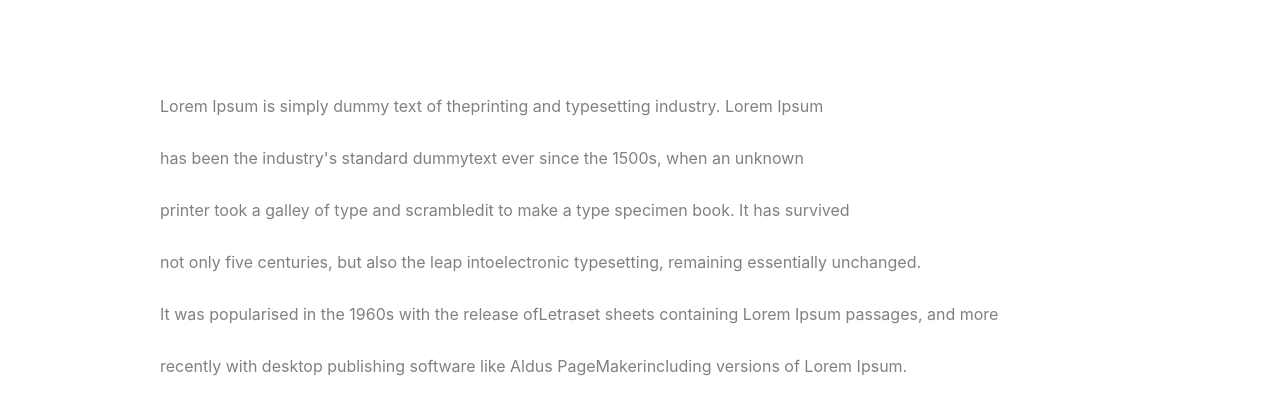
Repository: eg7eg7/Text-Play
Page: /
The author's editor kept a copy of each file at every save. The page is drawn from the files as they stood at one save, then again after the next save.
The browser window is 1280 px wide. The pictures show the whole page.
The project was rebuilt for these pictures with package versions that can differ from the ones it lists, and the page was loaded fresh each time.

Above is the page before, as saved 2021-01-11 23:16:10.

After the next save:
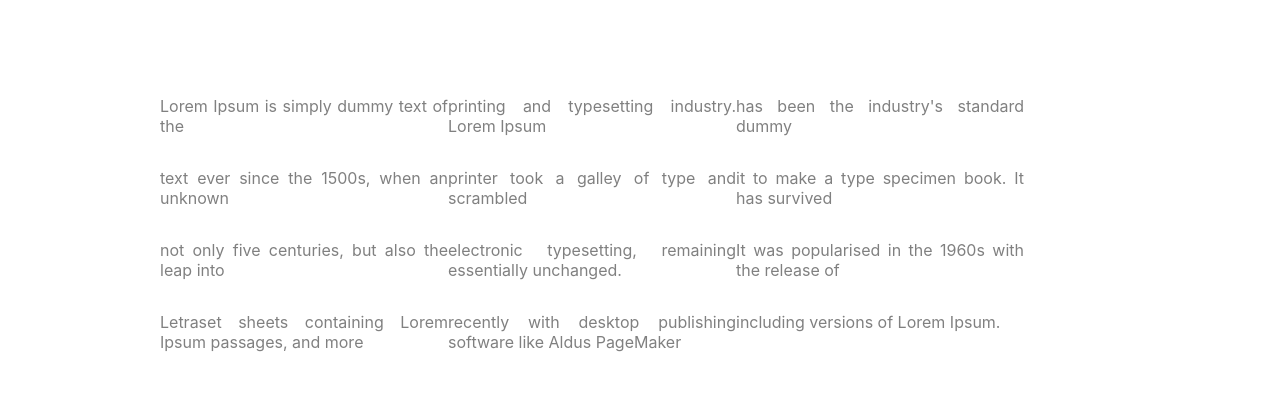
Saved 64 s later.
--- a/src/TextPlay.css
+++ b/src/TextPlay.css
@@ -1,14 +1,15 @@
 
-.hide {
+p.hide {
     color:grey;
 }
-.bold {
+p.bold {
     font-weight: bold;
     color:black;
 }
 
 p {
-    clear: left;
+    width:18em;
+    text-align:justify;
 }
 div.textBlock {
     float: left;
@@ -20,7 +21,7 @@
 } */
 .TextPlay {
     display: block;
-    margin-top: 5em;
+    margin-top: 2em;
     margin-bottom: 5em;
     margin-left: 10em;
     /* display:inline-block; */

After the save that followed:
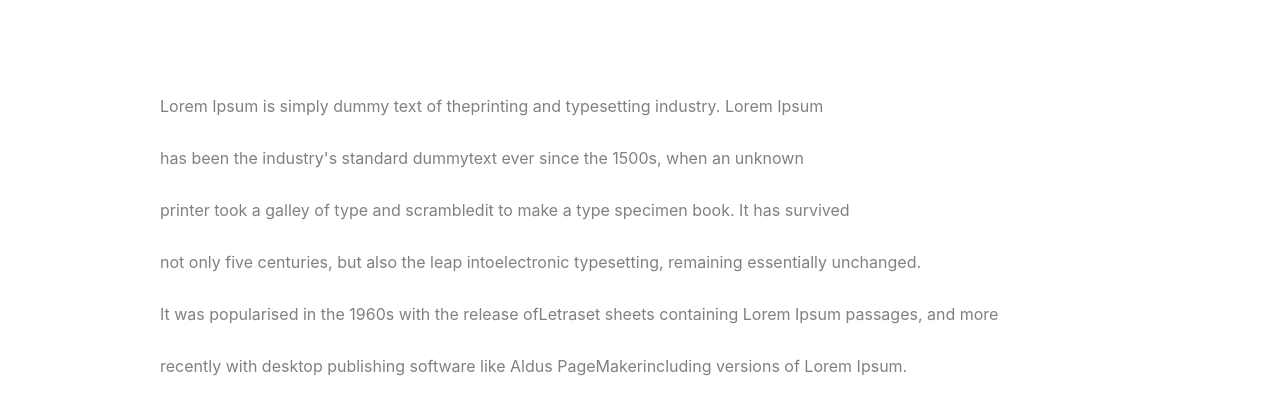
Saved 8 s later.
--- a/src/TextPlay.css
+++ b/src/TextPlay.css
@@ -8,7 +8,7 @@
 }
 
 p {
-    width:18em;
+    /* width:18em; */
     text-align:justify;
 }
 div.textBlock {
